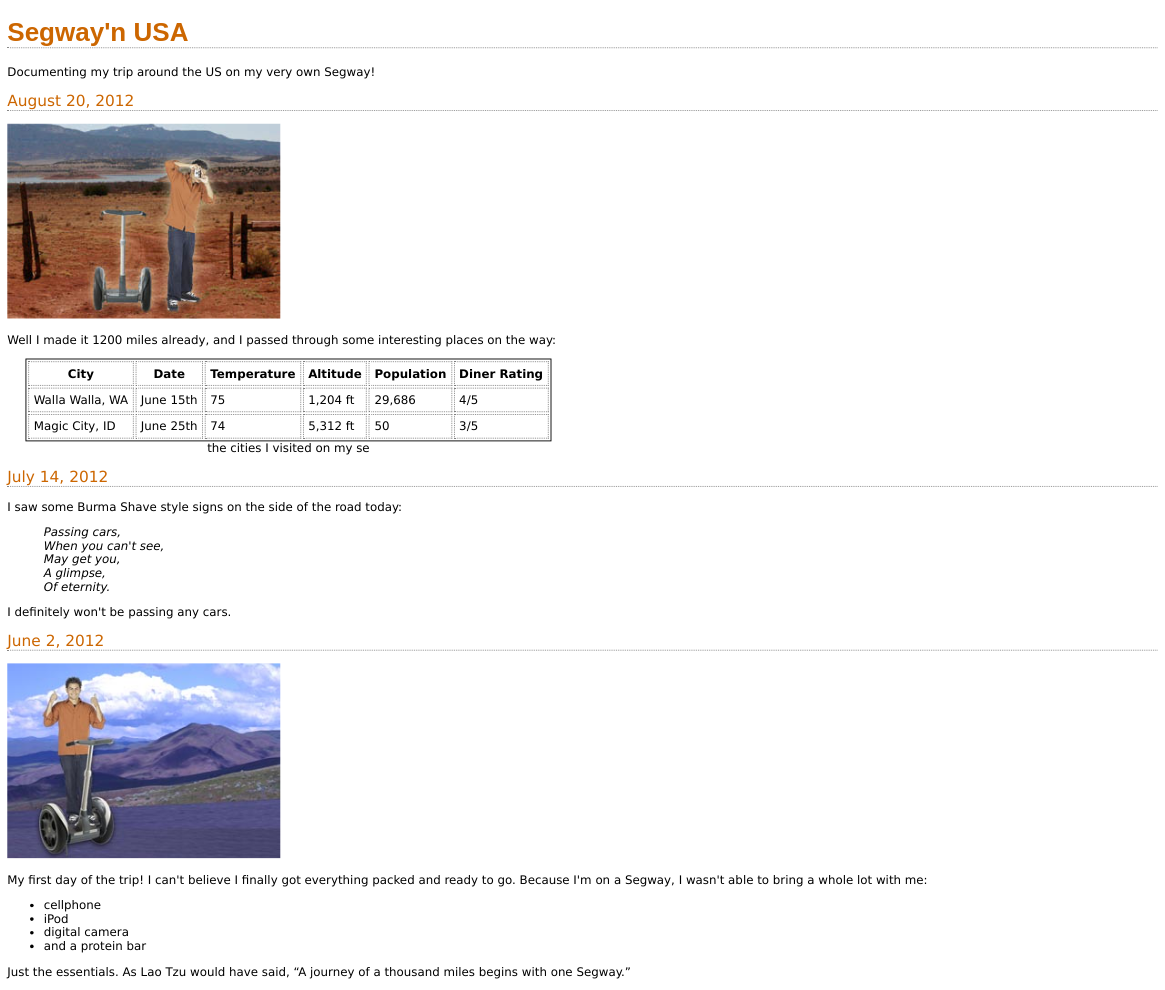
Repository: Dearning/head-first-html-css
Page: chapter13/journal/journal.html
The author's editor kept a copy of each file at every save. The page is drawn from the files as they stood at one save, then again after the next save.
The browser window is 1280 px wide. The pictures show the whole page, at 91% of full size.
Some web fonts or font styles are not loaded; a fallback is used.

Above is the page before, as saved 2021-09-29 11:51:41.

After the next save:
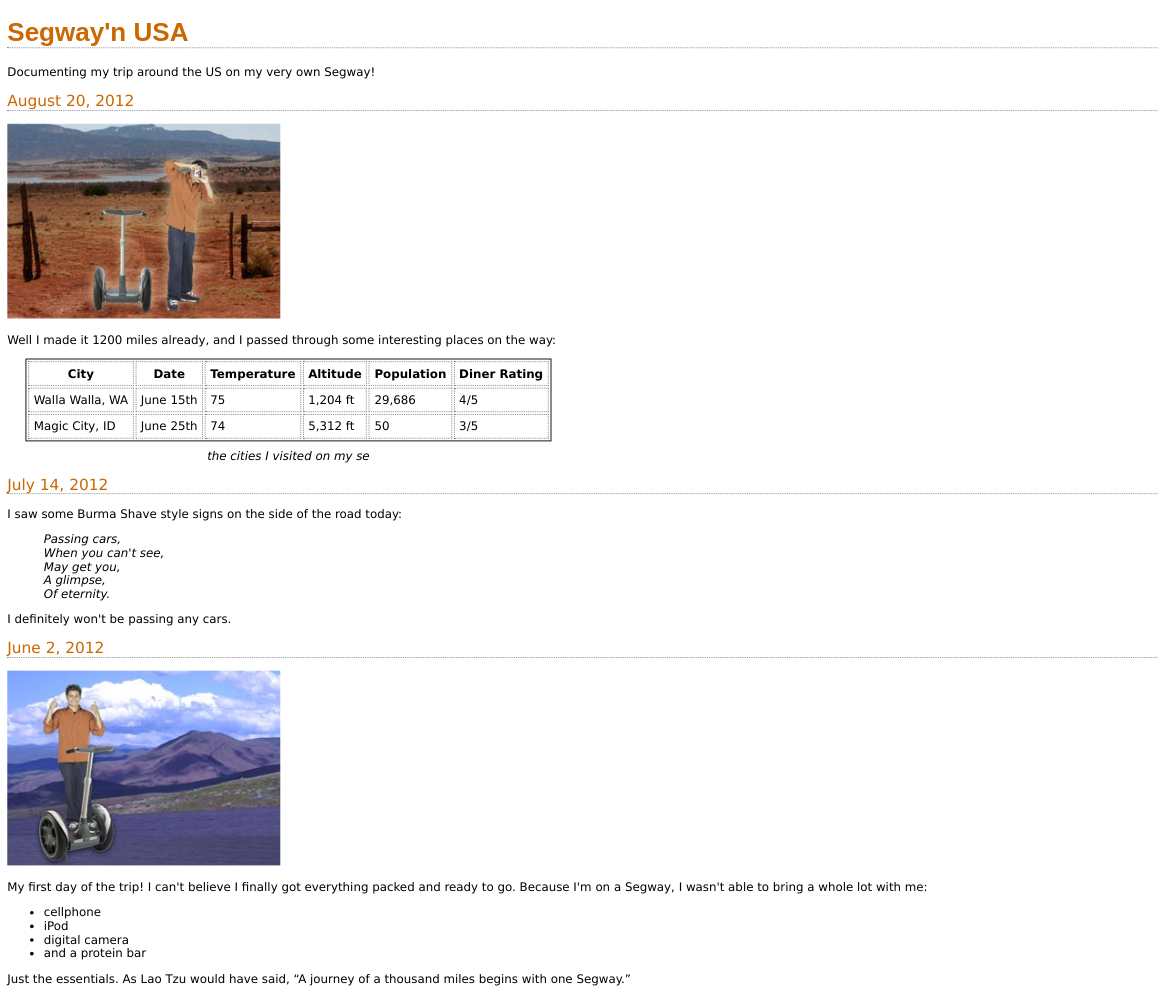
Saved 35 s later.
--- a/chapter13/journal/journal.css
+++ b/chapter13/journal/journal.css
@@ -32,3 +32,7 @@
   border: thin dotted gray;
   padding: 5px;
 }
+caption{
+  font-style: italic;
+  padding-top: 8px;
+}
